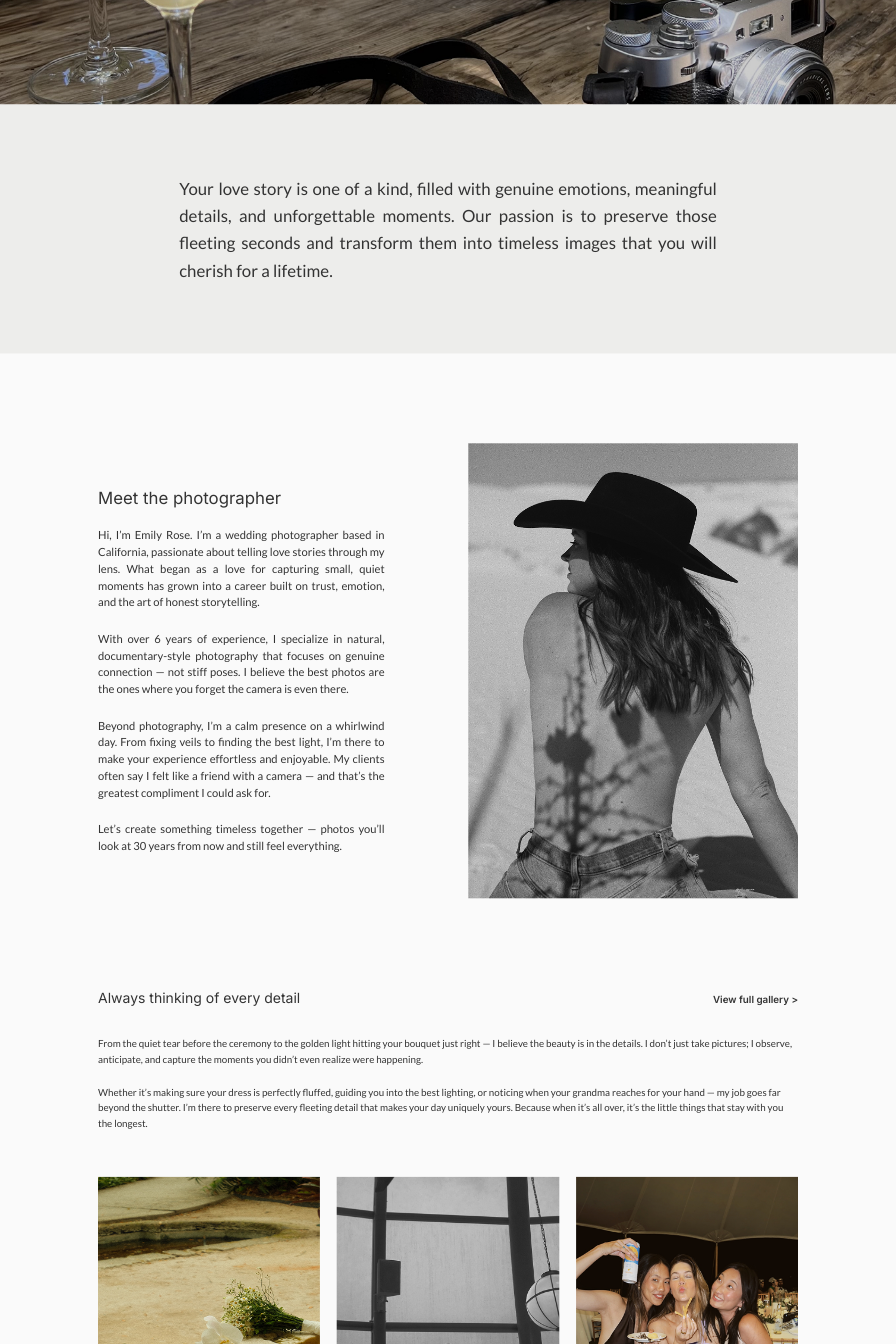
Repository: eduarda-magnago/wt-photography
Page: /
These files come from the project's save history. The page is drawn as it stood at one moment and after a run of saves; the edit follows.
The browser window is 1280 px wide. The pictures show the part of the page from y = 565 to 2485 px (the page is 3766 px tall), at 70% of full size.
Some web fonts or font styles are not loaded; a fallback is used. The project was rebuilt for these pictures with package versions that can differ from the ones it lists, and the page was loaded fresh each time. The framework's server and built-in components were replaced by stand-ins that run in the browser. Also part of the build but not shown: next.config.ts.

Above is the page before, as saved 2026-10-14 12:56:52.

### app/layout.tsx
import type { Metadata } from "next";
import { Inter, Lato, Cormorant_SC } from "next/font/google";
import Header from "@/components/layout/header";
import Footer from "@/components/layout/footer";
import "./globals.css";

const inter = Inter({
  subsets: ["latin"],
  variable: "--font-inter",
});

const lato = Lato({
  subsets: ["latin"],
  weight: ["300", "400", "700"],
  variable: "--font-lato",
});

const cormorant = Cormorant_SC({
  subsets: ["latin"],
  weight: ["300", "400", "500"],
  variable: "--font-cormorant",
});

export const metadata: Metadata = {
  title: "WT Timeless Photography",
  description: "Timeless wedding photography",
};

export default function RootLayout({
  children,
}: {
  children: React.ReactNode;
}) {
  return (
    <html
      lang="en"
      className={`${inter.variable} ${lato.variable} ${cormorant.variable}`}
    >
      <body className="font-sans antialiased">
        <Header />
        <main>{children}</main>
        <Footer />
      </body>
    </html>
  );
}

### app/page.tsx
import Hero from "@/components/hero";
import Intro from "@/components/home/intro";
import About from "@/components/home/about";
import Details from "@/components/home/details";
import Testimonials from "@/components/home/testimonials";

export default function Home() {
  return (
    <>
      <Hero
        eyebrow="Timeless Wedding Photography"
        title="Capturing the essence of your treasured moments"
        image="/img/hero-bg.jpg"
      />
      <Intro />
      <About />
      <Details />
      <Testimonials />
    </>
  );
}

### components/layout/header.tsx
"use client";

import { useState } from "react";
import Image from "next/image";
import Link from "next/link";

const navLinks = [
  { label: "Home", href: "/" },
  { label: "About me", href: "/#about" },
  { label: "Gallery", href: "/#gallery" },
  { label: "Testimonials", href: "/#testimonials" },
  { label: "Contact Us", href: "/contact#contact-form" },
];

export default function Header() {
  const [open, setOpen] = useState(false);

  return (
    <header className="absolute inset-x-0 top-0 z-30">
      <div className="flex items-start justify-between px-6 py-8 md:px-14">
        <ul className="flex items-center gap-3">
          <li>
            <a
              href="#"
              aria-label="Instagram"
              className="relative block h-[19px] w-[18px] transition-opacity hover:opacity-70"
            >
              <Image
                src="/img/instagram.png"
                alt=""
                fill
                sizes="18px"
                className="object-contain"
              />
            </a>
          </li>
          <li>
            <a
              href="#"
              aria-label="Facebook"
              className="relative block h-[18px] w-[18px] transition-opacity hover:opacity-70"
            >
              <Image
                src="/img/facebook.png"
                alt=""
                fill
                sizes="18px"
                className="object-contain"
              />
            </a>
          </li>
          <li>
            <a
              href="#"
              aria-label="YouTube"
              className="relative block h-[18px] w-[18px] transition-opacity hover:opacity-70"
            >
              <Image
                src="/img/youtube.png"
                alt=""
                fill
                sizes="18px"
                className="object-contain"
              />
            </a>
          </li>
          <li>
            <a
              href="#"
              aria-label="LinkedIn"
              className="relative block h-[18px] w-[18px] transition-opacity hover:opacity-70"
            >
              <Image
                src="/img/linkedin.png"
                alt=""
                fill
                sizes="18px"
                className="object-contain"
              />
            </a>
          </li>
        </ul>

        <button
          type="button"
          onClick={() => setOpen(true)}
          aria-label="Open menu"
          className="relative block h-6 w-9 transition-opacity hover:opacity-70"
        >
          <Image
            src="/img/menu.png"
            alt=""
            fill
            sizes="36px"
            className="object-contain"
          />
        </button>
      </div>

      {open && (
        <div className="fixed inset-0 z-40 flex items-center justify-center bg-ink/95">
          <button
            type="button"
            onClick={() => setOpen(false)}
            aria-label="Close menu"
            className="absolute right-6 top-8 text-3xl text-white md:right-14"
          >
            ✕
          </button>
          <nav>
            <ul className="flex flex-col items-center gap-8">
              {navLinks.map((link) => (
                <li key={link.label}>
                  <Link
                    href={link.href}
                    onClick={() => setOpen(false)}
                    className="font-heading text-2xl text-white"
                  >
                    {link.label}
                  </Link>
                </li>
              ))}
            </ul>
          </nav>
        </div>
      )}
    </header>
  );
}

### components/layout/footer.tsx
import Image from "next/image";
import Link from "next/link";

const exploreLinks = [
  { label: "Home", href: "/" },
  { label: "About me", href: "/#about" },
  { label: "Gallery", href: "/#gallery" },
  { label: "Testimonials", href: "/#testimonials" },
  { label: "Contact Us", href: "/contact#contact-form" },
];

export default function Footer() {
  return (
    <footer>
      <div className="bg-ink px-6 py-16 text-sm text-white md:px-14">
        <div className="mx-auto max-w-5xl">
          <div className="border-t border-white/30 pt-12">
            <div className="grid gap-12 md:grid-cols-[1fr_auto_auto] md:gap-20">
              <div>
                <Image
                  src="/img/logo.png"
                  alt="WT Timeless Photography"
                  width={240}
                  height={110}
                />
                <p className="mt-6 max-w-xs">
                  With a natural and artistic approach, we create photographs
                  that reflect everything.
                </p>
                <ul className="mt-6 flex items-center gap-3">
                  <li>
                    <a href="#" aria-label="Instagram" className="transition-opacity hover:opacity-70">
                      <Image src="/img/instagram.png" alt="" width={18} height={18} />
                    </a>
                  </li>
                  <li>
                    <a href="#" aria-label="Facebook"
                      className="relative block h-[18px] w-[18px] transition-opacity hover:opacity-70"
                    >
                      <Image src="/img/facebook.png" alt="" fill sizes="18px" className="object-contain"/>
                    </a>
                  </li>
                  <li>
                    <a href="#" aria-label="YouTube" className="transition-opacity hover:opacity-70">
                      <Image src="/img/youtube.png" alt="" width={18} height={18} />
                    </a>
                  </li>
                  <li>
                    <a href="#" aria-label="LinkedIn" className="transition-opacity hover:opacity-70">
                      <Image src="/img/linkedin.png" alt="" width={18} height={18} />
                    </a>
                  </li>
                </ul>
              </div>

              <div>
                <h3 className="mb-6 text-xs uppercase tracking-widest">
                  Explore
                </h3>
                <ul className="space-y-2">
                  {exploreLinks.map((link) => (
                    <li key={link.label}>
                      <Link href={link.href}>{link.label}</Link>
                    </li>
                  ))}
                </ul>
              </div>

              <div>
                <h3 className="mb-6 text-xs uppercase tracking-widest">
                  Enquiries
                </h3>
                <address className="not-italic leading-relaxed">
                  641 Route de Gibannaz
                  <br />
                  Les Gets
                  <br />
                  74260
                </address>
                <div className="mt-6 flex flex-col gap-1 underline">
                  <a href="tel:+33685204809">+33 (0)6 85 20 48 09</a>
                  <a href="tel:+447967728009">+44 (0)7967 728009</a>
                </div>
                <a
                  href="mailto:info@weddingphoto.com"
                  className="mt-6 block underline"
                >
                  info@weddingphoto.com
                </a>
              </div>
            </div>

            <div className="mt-16 flex flex-col gap-4 border-t border-white/30 pt-6 text-xs md:flex-row md:justify-between">
              <p>
                Designed &amp; developed by{" "}
                <a href="https://www.instagram.com/webstudio.em" target="_blank" rel="noopener noreferrer" className="underline">
                  EM Studio
                </a>
              </p>
              <div className="flex gap-6 underline">
                <a href="#">Terms &amp; Conditions</a>
                <a href="#">Privacy Policy</a>
              </div>
            </div>
          </div>
        </div>
      </div>
      <p className="bg-neutral-200 px-6 py-5 text-center text-xs uppercase tracking-wide">
        © WT Timeless Photography 2026 - All the rights reserved.
      </p>
    </footer>
  );
}

### app/globals.css
@import "tailwindcss";

@theme inline {
  --font-sans: var(--font-lato);
  --font-heading: var(--font-inter);
  --font-hero: var(--font-cormorant);

  --color-ink: #333333;
  --color-sand: #ededeb;
  --color-paper: #fafafa;
  --color-blush: #f4e6dc;
}

html {
  scroll-behavior: smooth;
}

body {
  background: var(--color-paper);
  color: var(--color-ink);
}

### components/hero.tsx
import Image from "next/image";
import Link from "next/link";

type HeroProps = {
  eyebrow: string;
  title: string;
  image: string;
  ctaLabel?: string;
  ctaHref?: string;
};

export default function Hero({
  eyebrow,
  title,
  image,
  ctaLabel = "Explore our gallery",
  ctaHref = "/#gallery",
}: HeroProps) {
  return (
    <section className="relative flex h-[70vh] min-h-[715px] items-center justify-center overflow-hidden">
      <Image
        src="/img/hero.png"
        alt=""
        fill
        priority
        sizes="100vw"
        className="object-cover"
      />
      <div className="absolute inset-0 bg-black/20" />
      <div className="relative z-10 flex max-w-3xl flex-col items-center px-6 text-center text-white">
        <p className="mb-4 text-sm">{eyebrow}</p>
        <h1 className="font-hero text-5xl leading-[0.9] md:text-7xl">
          {title}
        </h1>
        <Link
          href={ctaHref}
          className="mt-8 border-b border-white pb-1 text-xs uppercase tracking-wider"
        >
          {ctaLabel}
        </Link>
      </div>
    </section>
  );
}

### components/home/intro.tsx
export default function Intro() {
  return (
    <section className="bg-sand px-6 py-22 md:py-25">
      <p className="mx-auto max-w-3xl text-justify text-xl leading-relaxed md:text-2xl">
        Your love story is one of a kind, filled with genuine emotions,
        meaningful details, and unforgettable moments. Our passion is to
        preserve those fleeting seconds and transform them into timeless images
        that you will cherish for a lifetime.
      </p>
    </section>
  );
}

### components/home/about.tsx
import Image from "next/image";

export default function About() {
  return (
    <section id="about" className="bg-paper px-6 py-24 md:px-14 md:py-32">
      <div className="mx-auto grid max-w-[1000px] items-center gap-12 md:grid-cols-[435fr_500fr] md:gap-x-12 xl:gap-x-[120px]">
        <div>
          <h2 className="font-heading text-2xl">Meet the photographer</h2>

          <div className="mt-6 space-y-7 text-justify text-base leading-6">
            <p>
              Hi, I’m Emily Rose. I’m a wedding photographer based in
              California, passionate about telling love stories through my
              lens. What began as a love for capturing small, quiet moments has
              grown into a career built on trust, emotion, and the art of
              honest storytelling.
            </p>
            <p>
              With over 6 years of experience, I specialize in natural,
              documentary-style photography that focuses on genuine connection
              — not stiff poses. I believe the best photos are the ones where
              you forget the camera is even there.
            </p>
            <p>
              Beyond photography, I’m a calm presence on a whirlwind day. From
              fixing veils to finding the best light, I’m there to make your
              experience effortless and enjoyable. My clients often say I felt
              like a friend with a camera — and that’s the greatest compliment
              I could ask for.
            </p>
            <p>
              Let’s create something timeless together — photos you’ll look at
              30 years from now and still feel everything.
            </p>
          </div>
        </div>

        <div className="relative aspect-[619/855] w-full">
          <Image
            src="/img/about.png"
            alt="Wedding photographer picture"
            fill
            sizes="(min-width: 1280px) 500px, (min-width: 768px) 50vw, 100vw"
            className="object-cover"
          />
        </div>
      </div>
    </section>
  );
}

### components/home/details.tsx
import Image from "next/image";
import Link from "next/link";

const photos = [
  { src: "/img/detail1.png", alt: "Bouquet resting on a golden ornament" },
  { src: "/img/detail2.png", alt: "Couple dancing by a large window" },
  { src: "/img/detail3.png", alt: "Bridesmaids laughing together" },
];

export default function Details() {
  return (
    <section id="gallery" className="bg-paper px-6 pb-24 md:px-14 md:pb-32">
      <div className="mx-auto max-w-[1000px]">
        <div className="flex items-baseline justify-between">
          <h2 className="font-heading text-xl">
            Always thinking of every detail
          </h2>
          <Link href="/#gallery" className="font-heading text-sm font-semibold">
            View full gallery &gt;
          </Link>
        </div>

        <div className="mt-10 space-y-6 text-sm leading-relaxed">
          <p>
            From the quiet tear before the ceremony to the golden light hitting
            your bouquet just right — I believe the beauty is in the details. I
            don’t just take pictures; I observe, anticipate, and capture the
            moments you didn’t even realize were happening.
          </p>
          <p>
            Whether it’s making sure your dress is perfectly fluffed, guiding
            you into the best lighting, or noticing when your grandma reaches
            for your hand — my job goes far beyond the shutter. I’m there to
            preserve every fleeting detail that makes your day uniquely yours.
            Because when it’s all over, it’s the little things that stay with
            you the longest.
          </p>
        </div>

        <div className="mt-16 grid gap-6 md:grid-cols-3">
          {photos.map((photo) => (
            <div key={photo.src} className="relative aspect-[3/4]">
              <Image
                src={photo.src}
                alt={photo.alt}
                fill
                sizes="(min-width: 768px) 33vw, 100vw"
                className="object-cover"
              />
            </div>
          ))}
        </div>
      </div>
    </section>
  );
}

### components/home/testimonials.tsx
"use client";

import { useState } from "react";
import Image from "next/image";

const testimonials = [
  {
    name: "Anna C.",
    image: "/img/testimonial.png",
    quote:
      "I had a very amazing contracting WP for my wedding. They are super kind team and I always felt I could trust 100% in their work. When I received the pictures I was more surprised than I imagined, really good quality! No regrets.",
  },
];

export default function Testimonials() {
  const [index, setIndex] = useState(0);
  const current = testimonials[index];

  function next() {
    setIndex((prev) => (prev + 1) % testimonials.length);
  }

  return (
    <section id="testimonials" className="bg-sand px-6 py-20 md:px-14">
      <div className="mx-auto grid max-w-5xl items-center gap-10 md:grid-cols-[auto_1fr] md:gap-16">
        <div className="relative h-48 w-48 overflow-hidden rounded-full md:h-56 md:w-56">
          <Image
            src={current.image}
            alt={current.name}
            fill
            sizes="224px"
            className="object-cover"
          />
        </div>

        <div>
          <h3 className="font-heading text-xl">{current.name}</h3>
          <blockquote className="mt-4 text-justify text-lg leading-relaxed">
            “{current.quote}”
          </blockquote>
          <button
            type="button"
            onClick={next}
            className="font-heading mt-8 ml-auto block text-sm font-semibold"
          >
            {index + 1}/{testimonials.length} &gt;
          </button>
        </div>
      </div>
    </section>
  );
}

After the next 2 saves:
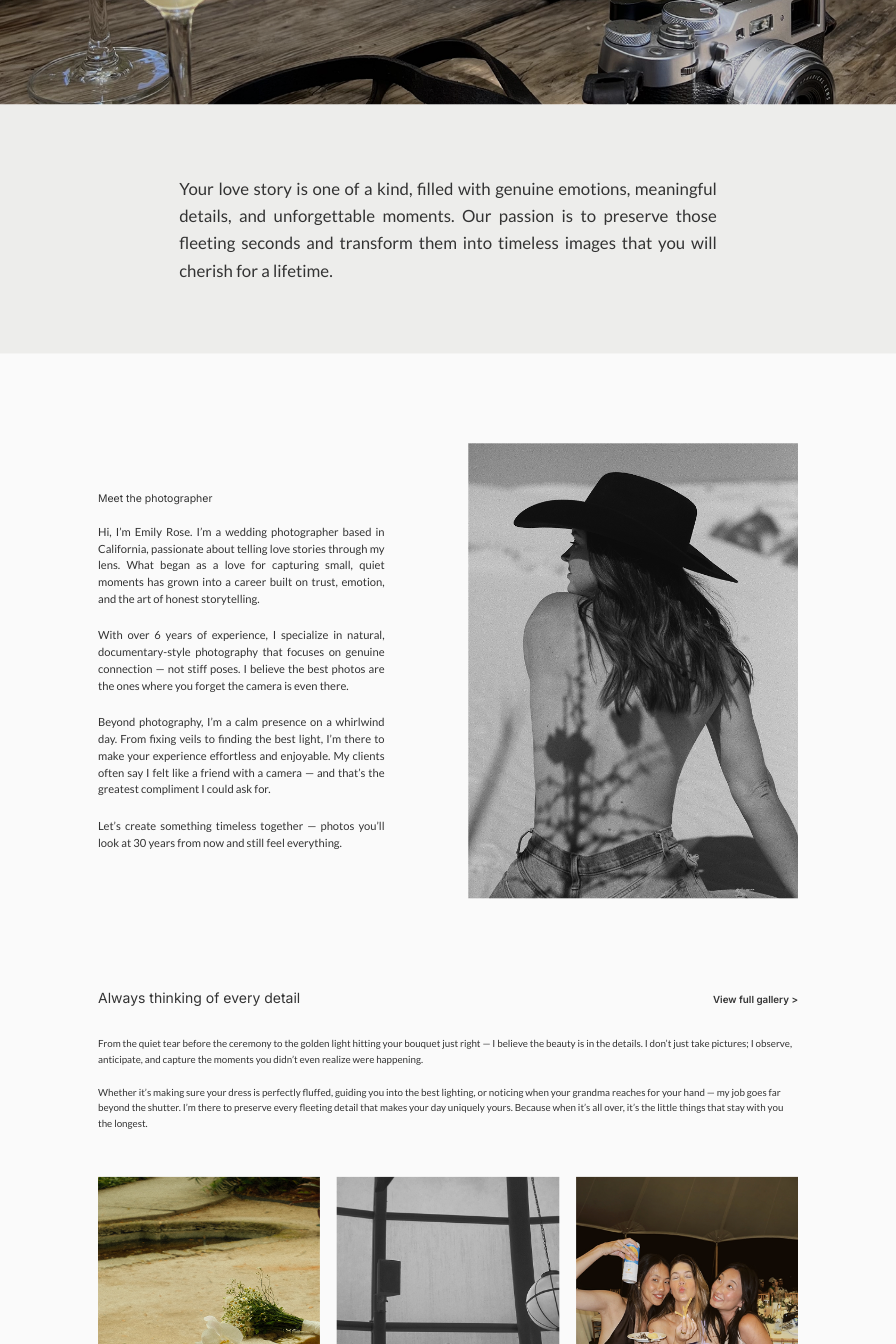
The 2 saves are shown as one change because they came seconds apart.
The last was saved 86 s later.
--- a/components/home/about.tsx
+++ b/components/home/about.tsx
@@ -5,7 +5,7 @@ export default function About() {
     <section id="about" className="bg-paper px-6 py-24 md:px-14 md:py-32">
       <div className="mx-auto grid max-w-[1000px] items-center gap-12 md:grid-cols-[435fr_500fr] md:gap-x-12 xl:gap-x-[120px]">
         <div>
-          <h2 className="font-heading text-2xl">Meet the photographer</h2>
+          <h2 className="font-heading text-[15px]">Meet the photographer</h2>
 
           <div className="mt-6 space-y-7 text-justify text-base leading-6">
             <p>
